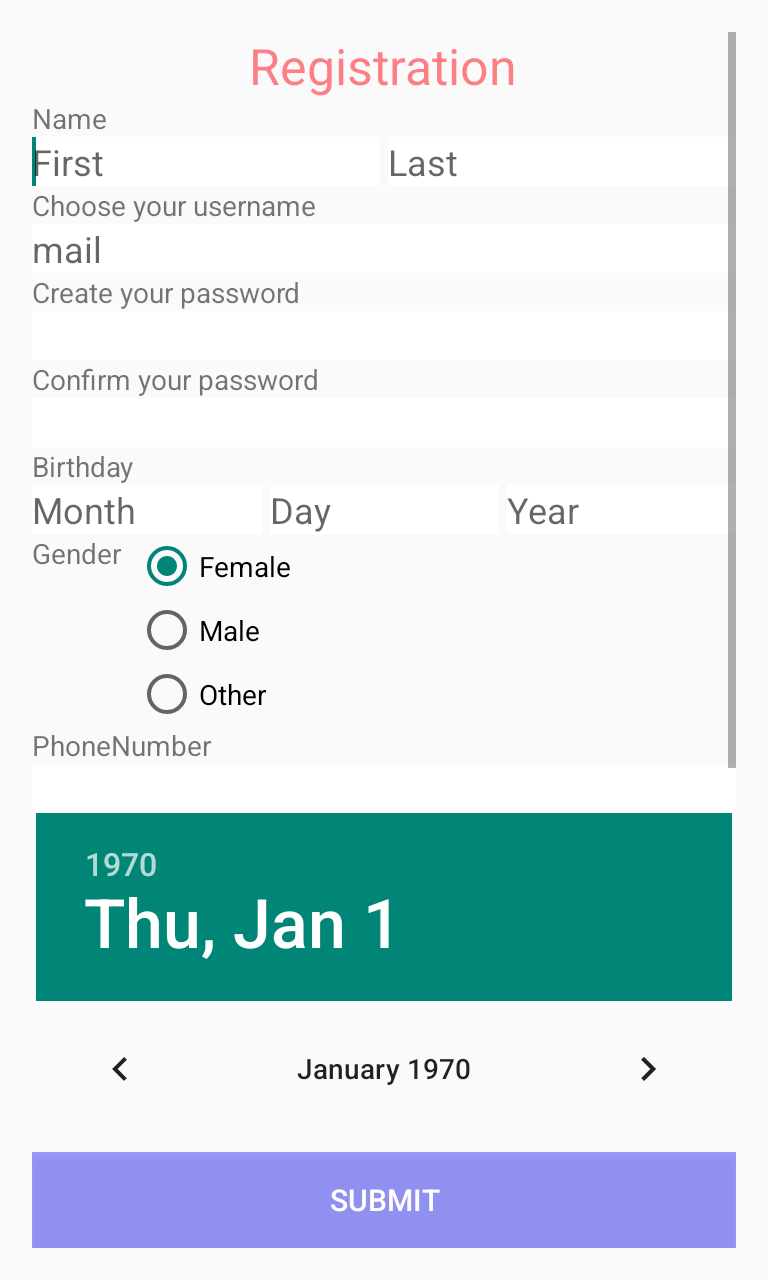
Repository: HarithaAmmuHari/Database
Layout: RegisterUsingSP/res/layout/activity_register.xml
An editor plug-in stored every save of this project. The layout is shown before and after the next save, followed by the edit.
It is drawn on a 768 x 1280 px phone screen (xhdpi) without system bars, with theme AppTheme; the app's code is not run.

Above is the layout before, as saved 2015-04-14 08:37:03.

After the next save:
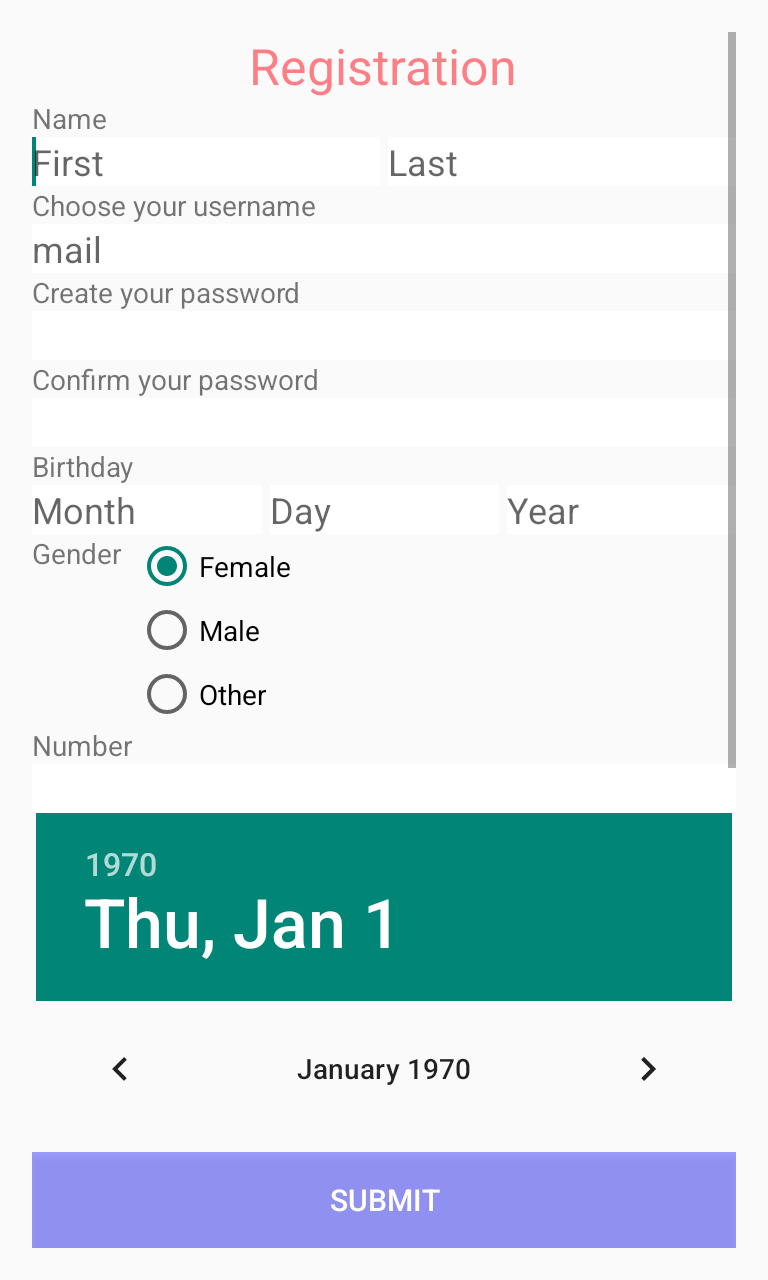
Saved 4 min 29 s later.
--- a/RegisterUsingSP/res/layout/activity_register.xml
+++ b/RegisterUsingSP/res/layout/activity_register.xml
@@ -164,7 +164,7 @@
                 android:layout_width="match_parent"
                 android:layout_height="wrap_content"
                 android:layout_below="@+id/radioGroup1"
-                android:text="PhoneNumber" />
+                android:text="Number" />
 
             <EditText
                 android:id="@+id/editText9"
